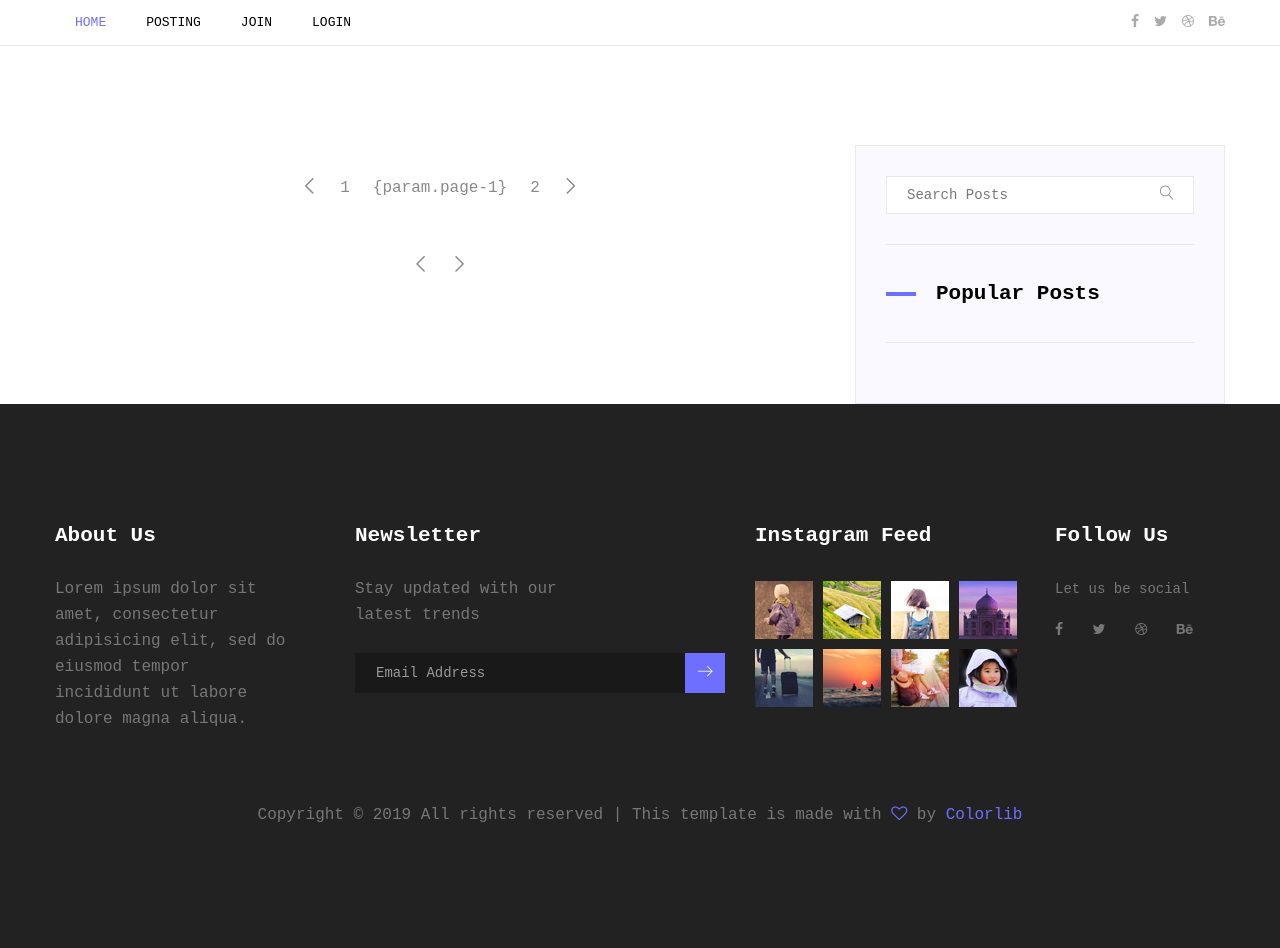
Repository: heonyKim/JSP
Page: http://localhost/blog/board?cmd=list&page=1
These files come from the project's save history. The page is drawn as it stood at one moment and after the next save; the edit follows.
The browser window is 1280 px wide. The pictures show the whole page.
Some web fonts or font styles are not loaded; a fallback is used. The page is served by Tomcat 9. Other server files are loaded and not shown. Queries for data that is not in the repository find no rows.

Above is the page before, as saved 2019-11-01 00:22:28.

### blog_project/blog/WebContent/board/list.jsp
<%@ page language="java" contentType="text/html; charset=UTF-8" pageEncoding="UTF-8"%>
<%@ taglib prefix="c" uri="http://java.sun.com/jsp/jstl/core"%>


<!-- import nav.jsp -->
<%@ include file="/include/nav.jsp"%>

<!--================Blog Area =================-->
<section class="blog_area">
	<div class="container">
		<div class="row">
			<div class="col-lg-8">
				<div class="blog_left_sidebar">


					<!-- 페이징 하기 -->
					<nav class="blog-pagination justify-content-center d-flex">
						<ul class="pagination">
							<li class="page-item"><a href="/blog/board?cmd=list&page=${param.page-1}" class="page-link" aria-label="Previous"> <span aria-hidden="true"> <span class="lnr lnr-chevron-left"></span>
								</span>
							</a></li>

						<li class="page-item"><a href="#" class="page-link">${param.page}</a></li>
						<li class="page-item"><a href="#" class="page-link active">{param.page-1}</a></li>
						<li class="page-item"><a href="#" class="page-link">${param.page+1}</a></li>



							<li class="page-item"><a href="/blog/board?cmd=list&page=${param.page+1}" class="page-link" aria-label="Next"> <span aria-hidden="true"> <span class="lnr lnr-chevron-right"></span>
								</span>
							</a></li>
						</ul>
					</nav>
					<!-- 페이징 끝 -->

					<c:forEach var="board" items="${boards}">
						<!--시작-->
						<article class="blog_style1">
							<div class="blog_img">
								<img class="img-fluid" style="width: 100%; max-height: 340px;" src="${board.previewImg}" alt="">
							</div>
							<div class="blog_text">
								<div class="blog_text_inner">
									<div class="cat">
										<a class="cat_btn" href="#">${board.username }</a> <a href="#"><i class="fa fa-calendar" aria-hidden="true"></i> ${board.createDate }</a> <a href="#"><i class="fa fa-comments-o"
											aria-hidden="true"></i> ${board.readCount }</a>
									</div>
									<a href="#"><h4>${board.title}</h4></a>
									<div class="board_list_content">${board.content }</div>
									<a class="blog_btn" href="/blog/board?cmd=detail&id=${board.id}">Read More</a>
								</div>
							</div>
						</article>
						<!--끄읕 -->
					</c:forEach>


					<!-- 페이징 하기 -->
					<nav class="blog-pagination justify-content-center d-flex">
						<ul class="pagination">
							<li class="page-item"><a href="/blog/board?cmd=list&page=${param.page-1}" class="page-link" aria-label="Previous"> <span aria-hidden="true"> <span class="lnr lnr-chevron-left"></span>
								</span>
							</a></li>

							<li class="page-item"><a href="/blog/board?cmd=list&page=${param.page+1}" class="page-link" aria-label="Next"> <span aria-hidden="true"> <span class="lnr lnr-chevron-right"></span>
								</span>
							</a></li>
						</ul>
					</nav>
					<!-- 페이징 끝 -->

				</div>
			</div>
			<div class="col-lg-4">
				<div class="blog_right_sidebar">
					<aside class="single_sidebar_widget search_widget">
						<div class="input-group">
							<input type="text" class="form-control" placeholder="Search Posts"> <span class="input-group-btn">
								<button class="btn btn-default" type="button">
									<i class="lnr lnr-magnifier"></i>
								</button>
							</span>
						</div>
						<!-- /input-group -->
						<div class="br"></div>
					</aside>

					<aside class="single_sidebar_widget popular_post_widget">
						<h3 class="widget_title">Popular Posts</h3>


						<!-- 인기게시물 TOP3 -->
						<c:forEach var="board" items="${hotBoards}">

							<div class="media post_item">
								<img src="${board.previewImg}" width="100px" height="60px" alt="post">
								<div class="media-body">
									<a href="/blog/board?cmd=detail&id=${board.id}"><h3>${board.title }</h3></a>
									<p>${board.createDate}</p>
								</div>
							</div>

						</c:forEach>
						<!-- 인기게시물 TOP3 -->


						<div class="br"></div>
					</aside>
				</div>
			</div>
		</div>
	</div>
</section>


<!--================Blog Area =================-->

<!-- import footer.jsp -->
<%@ include file="/include/footer.jsp"%>

### blog_project/blog/WebContent/include/nav.jsp
<%@ page language="java" contentType="text/html; charset=UTF-8" pageEncoding="UTF-8"%>
<%@ taglib prefix="c" uri="http://java.sun.com/jsp/jstl/core"%>
<!doctype html>
<html lang="en">
<head>
<!-- Required meta tags -->
<meta charset="utf-8">
<meta name="viewport" content="width=device-width, initial-scale=1, shrink-to-fit=no">
<link rel="icon" href="/blog/img/favicon.png" type="image/png">
<title>Blog</title>
<!-- Bootstrap CSS -->
<link rel="stylesheet" href="/blog/css/bootstrap.css">
<link rel="stylesheet" href="/blog/vendors/linericon/style.css">
<link rel="stylesheet" href="/blog/css/font-awesome.min.css">
<link rel="stylesheet" href="/blog/vendors/owl-carousel/owl.carousel.min.css">
<link rel="stylesheet" href="/blog/vendors/lightbox/simpleLightbox.css">
<link rel="stylesheet" href="/blog/vendors/nice-select/css/nice-select.css">
<link rel="stylesheet" href="/blog/vendors/animate-css/animate.css">
<link rel="stylesheet" href="/blog/vendors/jquery-ui/jquery-ui.css">
<!-- main css -->
<link rel="stylesheet" href="/blog/css/style.css">
<link rel="stylesheet" href="/blog/css/responsive.css">
<style>
.board_list_content {
	display:block;
	display: -webkit-box;
	-webkit-box-orient: vertical;
	text-align: left;
	overflow: hidden;
	text-overflow: ellipsis;
	white-space: normal;
	line-height: 1.4;
	height : 2.6em;
	-webkit-line-clamp: 2;
	margin-bottom: 20px;
	word-break: break-all;
}
</style>
</head>
<body>

	<!--================Header Menu Area =================-->
	<header class="header_area">
		<div class="main_menu">
			<nav class="navbar navbar-expand-lg navbar-light">
				<div class="container box_1620">
					<!-- Brand and toggle get grouped for better mobile display -->
					<a class="navbar-brand logo_h" href="/blog/index.jsp"><img src="/blog/img/logo.png" alt=""></a>
					<button class="navbar-toggler" type="button" data-toggle="collapse" data-target="#navbarSupportedContent" aria-controls="navbarSupportedContent" aria-expanded="false"
						aria-label="Toggle navigation">
						<span class="icon-bar"></span> <span class="icon-bar"></span> <span class="icon-bar"></span>
					</button>
					<!-- Collect the nav links, forms, and other content for toggling -->
					<div class="collapse navbar-collapse offset" id="navbarSupportedContent">
						<ul class="nav navbar-nav menu_nav">
							<li class="nav-item active"><a class="nav-link" href="/blog/index.jsp">Home</a></li>
							<li class="nav-item"><a class="nav-link" href="/blog/board/write.jsp">Posting</a></li>




							<c:choose>
								<c:when test="${empty sessionScope.user}">
									<li class="nav-item"><a class="nav-link" href="/blog/user/join.jsp">Join</a></li>
									<li class="nav-item"><a class="nav-link" href="/blog/user/login.jsp">LOGIN</a></li>

								</c:when>
								<c:otherwise>
									<li class="nav-item"><a class="nav-link" href="/blog/user/update.jsp">PROFILE</a></li>
									<li class="nav-item"><a class="nav-link" href="/blog/user?cmd=logout">LOGOUT</a></li>
								</c:otherwise>
							</c:choose>



						</ul>
						<ul class="nav navbar-nav navbar-right header_social ml-auto">
							<li class="nav-item"><a href="#"><i class="fa fa-facebook"></i></a></li>
							<li class="nav-item"><a href="#"><i class="fa fa-twitter"></i></a></li>
							<li class="nav-item"><a href="#"><i class="fa fa-dribbble"></i></a></li>
							<li class="nav-item"><a href="#"><i class="fa fa-behance"></i></a></li>
						</ul>
					</div>
				</div>
			</nav>
		</div>

	</header>
	<!--================Header Menu Area =================-->

### blog_project/blog/WebContent/include/footer.jsp
<%@ page language="java" contentType="text/html; charset=UTF-8" pageEncoding="UTF-8"%>
<!DOCTYPE html>
<html>
<head>
<meta charset="UTF-8">
<title>Insert title here</title>
</head>
<body>
	<!--================ start footer Area  =================-->
	<footer class="footer-area p_120">
		<div class="container">
			<div class="row">
				<div class="col-lg-3  col-md-6 col-sm-6">
					<div class="single-footer-widget">
						<h6 class="footer_title">About Us</h6>
						<p>Lorem ipsum dolor sit amet, consectetur adipisicing elit, sed do eiusmod tempor incididunt ut labore dolore magna aliqua.</p>
					</div>
				</div>
				<div class="col-lg-4 col-md-6 col-sm-6">
					<div class="single-footer-widget">
						<h6 class="footer_title">Newsletter</h6>
						<p>Stay updated with our latest trends</p>
						<div id="mc_embed_signup">
							<form target="_blank" action="https://spondonit.us12.list-manage.com/subscribe/post?u=1462626880ade1ac87bd9c93a&amp;id=92a4423d01" method="get" class="subscribe_form relative">
								<div class="input-group d-flex flex-row">
									<input name="EMAIL" placeholder="Email Address" onfocus="this.placeholder = ''" onblur="this.placeholder = 'Email Address '" required="" type="email">
									<button class="btn sub-btn">
										<span class="lnr lnr-arrow-right"></span>
									</button>
								</div>
								<div class="mt-10 info"></div>
							</form>
						</div>
					</div>
				</div>
				<div class="col-lg-3 col-md-6 col-sm-6">
					<div class="single-footer-widget instafeed">
						<h6 class="footer_title">Instagram Feed</h6>
						<ul class="list instafeed d-flex flex-wrap">
							<li><img src="/blog/img/instagram/Image-01.jpg" alt=""></li>
							<li><img src="/blog/img/instagram/Image-02.jpg" alt=""></li>
							<li><img src="/blog/img/instagram/Image-03.jpg" alt=""></li>
							<li><img src="/blog/img/instagram/Image-04.jpg" alt=""></li>
							<li><img src="/blog/img/instagram/Image-05.jpg" alt=""></li>
							<li><img src="/blog/img/instagram/Image-06.jpg" alt=""></li>
							<li><img src="/blog/img/instagram/Image-07.jpg" alt=""></li>
							<li><img src="/blog/img/instagram/Image-08.jpg" alt=""></li>
						</ul>
					</div>
				</div>
				<div class="col-lg-2 col-md-6 col-sm-6">
					<div class="single-footer-widget f_social_wd">
						<h6 class="footer_title">Follow Us</h6>
						<p>Let us be social</p>
						<div class="f_social">
							<a href="#"><i class="fa fa-facebook"></i></a> <a href="#"><i class="fa fa-twitter"></i></a> <a href="#"><i class="fa fa-dribbble"></i></a> <a href="#"><i class="fa fa-behance"></i></a>
						</div>
					</div>
				</div>
			</div>
			<div class="row footer-bottom d-flex justify-content-between align-items-center">
				<p class="col-lg-12 footer-text text-center">
					<!-- Link back to Colorlib can't be removed. Template is licensed under CC BY 3.0. -->
					Copyright &copy;
					<script>
						document.write(new Date().getFullYear());
					</script>
					All rights reserved | This template is made with <i class="fa fa-heart-o" aria-hidden="true"></i> by <a href="https://colorlib.com" target="_blank">Colorlib</a>
					<!-- Link back to Colorlib can't be removed. Template is licensed under CC BY 3.0. -->
				</p>
			</div>
		</div>
	</footer>
	<!--================ End footer Area  =================-->




	<!-- Optional JavaScript -->
	<!-- jQuery first, then Popper.js, then Bootstrap JS -->
	<script src="/blog/js/jquery-3.2.1.min.js"></script>
	<script src="/blog/js/popper.js"></script>
	<script src="/blog/js/bootstrap.min.js"></script>
	<script src="/blog/js/stellar.js"></script>
	<script src="/blog/vendors/lightbox/simpleLightbox.min.js"></script>
	<script src="/blog/vendors/nice-select/js/jquery.nice-select.min.js"></script>
	<script src="/blog/vendors/isotope/imagesloaded.pkgd.min.js"></script>
	<script src="/blog/vendors/isotope/isotope-min.js"></script>
	<script src="/blog/vendors/owl-carousel/owl.carousel.min.js"></script>
	<script src="/blog/vendors/jquery-ui/jquery-ui.js"></script>
	<script src="/blog/js/jquery.ajaxchimp.min.js"></script>
	<script src="/blog/js/mail-script.js"></script>
	<script src="/blog/js/theme.js"></script>
	<script src=""></script>
	<script src=""></script>
</body>
</html>

### blog_project/blog/src/com/cos/controller/BoardController.java
package com.cos.controller;

import java.io.IOException;

import javax.servlet.ServletException;
import javax.servlet.annotation.WebServlet;
import javax.servlet.http.HttpServlet;
import javax.servlet.http.HttpServletRequest;
import javax.servlet.http.HttpServletResponse;

import com.cos.action.Action;
import com.cos.action.board.BoardFactory;
import com.cos.action.user.UserFactory;

/*
 *  http://localhost:8000/blog/board?cmd=list
 */

@WebServlet("/board")
public class BoardController extends HttpServlet {
	private static final long serialVersionUID = 1L;

    public BoardController() { super();}

	protected void doGet(HttpServletRequest request, HttpServletResponse response) throws ServletException, IOException {
		//1. 들어오는 모든 문자를 UTF-8로 인코딩
		request.setCharacterEncoding("UTF-8");
		//2. command 처리
		String cmd = request.getParameter("cmd");
		//3. command 검증
		if(cmd == null || cmd.equals("")) {
			cmd = "list";
		}
		//4. Factory 연결
		Action action = BoardFactory.getAction(cmd);
		//5. execute 실행
		if(action != null) {
			action.execute(request, response);
		}
	}


	protected void doPost(HttpServletRequest request, HttpServletResponse response) throws ServletException, IOException {
		doGet(request, response);
	}
}

### blog_project/blog/src/com/cos/action/board/BoardFactory.java
package com.cos.action.board;

import com.cos.action.Action;
import com.cos.action.BoardWriteAction;

public class BoardFactory {
	public static Action getAction(String cmd) {

		if(cmd.equals("write")){
			return new BoardWriteAction();
		}else if(cmd.equals("list")){
			return new BoardListAction();
		}else if(cmd.equals("detail")) {
			return new BoardDetailAction();
		}else if(cmd.equals("delete")) {
			return new BoardDeleteAction();
		}else if(cmd.equals("updateForm")) {
			return new BoardUpdateFormAction();
		}else if(cmd.equals("updateBoard")) {
			return new BoardUpdateBoard();
		}

		return null;
	}
}

### blog_project/blog/src/com/cos/action/Action.java
package com.cos.action;

import java.io.IOException;
import javax.servlet.ServletException;
import javax.servlet.http.HttpServletRequest;
import javax.servlet.http.HttpServletResponse;

public interface Action {
	public void execute(HttpServletRequest request, HttpServletResponse response) throws ServletException, IOException;
}

### blog_project/blog/src/com/cos/action/board/BoardListAction.java
package com.cos.action.board;

import java.io.IOException;
import java.util.ArrayList;
import java.util.List;

import javax.servlet.RequestDispatcher;
import javax.servlet.ServletException;
import javax.servlet.http.HttpServletRequest;
import javax.servlet.http.HttpServletResponse;

import com.cos.action.Action;
import com.cos.dao.BoardDao;
import com.cos.model.Board;
import com.cos.util.Utils;

public class BoardListAction implements Action{

	private final static String TAG="BoardListAction : ";

	@Override
	public void execute(HttpServletRequest request, HttpServletResponse response) throws ServletException, IOException {

		if(request.getParameter("page")==null) return;

		int page = Integer.parseInt(request.getParameter("page"));


		//page<=0 혹은 page>maxNum 버튼 비활성화

		if(page <=0) {
			page = 1;
		}

		BoardDao bDao = new BoardDao();
		List<Board> boards = bDao.findAll(page);
		List<Board> hotBoards = bDao.findOrderByReadCountDesc();

		Utils.setPreviewImg(boards);		//이미지를 previewImg에 저장
		Utils.setPreviewContent(boards);	//이미지 태그 제거
		Utils.setPreviewImg(hotBoards);		//이미지를 prviewImg에 저장(추가)

		request.setAttribute("boards", boards);
		request.setAttribute("hotBoards", hotBoards);

		RequestDispatcher dis =request.getRequestDispatcher("/board/list.jsp");
		dis.forward(request, response);
	}

}

### blog_project/blog/src/com/cos/dao/DBConn.java
package com.cos.dao;

import java.sql.Connection;

import javax.naming.Context;
import javax.naming.InitialContext;
import javax.sql.DataSource;

public class DBConn {
	public static Connection getConnection() {


		try {
			Context initContext = new InitialContext();
			Context envContext  = (Context)initContext.lookup("java:/comp/env");
			DataSource ds = (DataSource)envContext.lookup("jdbc/TestDB");
			Connection conn = ds.getConnection();
			System.out.println("DB 연결성공");
			return conn;
		} catch (Exception e) {
			System.out.println("DB 연결실패");
			e.printStackTrace();
		}
		return null;

	}
}

### blog_project/blog/src/com/cos/util/DBClose.java
package com.cos.util;

import java.sql.Connection;
import java.sql.PreparedStatement;
import java.sql.ResultSet;
import java.sql.SQLException;

public class DBClose {

	/*
	 * DML(INSERT,UPDATE,DELETE) CLOSE
	 */
	public static void close(Connection conn, PreparedStatement pstmt) {
		try {
			conn.close();
			pstmt.close();
		} catch (SQLException e) {
			e.printStackTrace();
		}
	}



	/*
	 * DQL(SELECT) CLOSE
	 */
	public static void close(Connection conn, PreparedStatement pstmt, ResultSet rs) {
		try {
			conn.close();
			pstmt.close();
			rs.close();
		} catch (SQLException e) {
			e.printStackTrace();
		}
	}



}

### blog_project/blog/src/com/cos/util/Utils.java
package com.cos.util;

import java.util.List;

import org.jsoup.Jsoup;
import org.jsoup.nodes.Document;
import org.jsoup.nodes.Element;
import org.jsoup.select.Elements;
import org.junit.jupiter.api.Test;

import com.cos.model.Board;

public class Utils {

	// 미리보기 내용을 세팅하기
	public static void setPreviewContent(List<Board> boards) {

		for (Board board : boards) {

			Document doc = Jsoup.parse(board.getContent()); // 원하는 String을 HTML 형식으로 문서화
			Elements ets = doc.select("img");

			if (ets != null) {
				for (Element et : ets) {
					et.remove();
				}
			}
			board.setContent(doc.toString());
		}

	}

	// 미리보기 이미지 세팅하기

	public static void setPreviewImg(List<Board> boards) {

		for (Board board : boards) {

			Document doc = Jsoup.parse(board.getContent());

			Element uet = doc.selectFirst("a");
			Element et = doc.selectFirst("img");

			if (et != null) {

				String previewImg = et.attr("src"); // https://~

				board.setPreviewImg(previewImg);

			} else if (uet != null) {
				String href = uet.attr("href");
				if (href.contains("https://www.youtube.com/watch")) {
					String video[] = href.split("=");
					String v = video[1];
					String youtubeThumbnail = "https://img.youtube.com/vi/" + v + "/hqdefault.jpg";
					board.setPreviewImg(youtubeThumbnail);
				}

			} else {
				board.setPreviewImg("/blog/img/home-blog/blog-1.jpg");
			}
		}

	}

	// 유튜브 미리보기화면 세팅하기
	public static void setPreviewYoutube(Board board) {

		Document doc = Jsoup.parse(board.getContent());
//		System.out.println(doc);
		Elements ets = doc.select("a");

		if (ets != null) {
			for (Element et : ets) {
				String href = et.attr("href");
//				System.out.println("href : " + href);
				if (href.contains("https://www.youtube.com/watch") && !et.text().equals("")) {
					String video[] = href.split("=");
					String v = video[1];
//					System.out.println(v);

					String iframe = "<br><iframe src = 'https://www.youtube.com/embed/" + v + "' "
							+ "width='600px' height='350px' allowfullscreen>";
//					System.out.println(iframe);

					et.after(iframe);
//					System.out.println(et.after(doc));

				}
				board.setContent(doc.toString());// board 완성
			}
		} // end of if

	}// end of function

	@Test
	public void previewYoutubeTest() {

		String content = "<a href = 'https://www.youtube.com/watch?v=ysAnT3QBLZE'>https://www.youtube.com/watch?v=ysAnT3QBLZE</a>";
		Document doc = Jsoup.parse(content);
//		System.out.println(doc);
		Elements ets = doc.select("a");

		if (ets != null) {
			for (Element et : ets) {
				String href = et.attr("href");

				System.out.println(et.text());

//				System.out.println("href : " + href);
				if (href.contains("https://" + "www.youtube.com/watch")) {
					String video[] = href.split("=");
					String v = video[1];
//					System.out.println(v);
					String iframe = "<br><iframe src = 'https://www.youtube.com/embed/" + v + "' "
							+ "width='600px' height='350px' allowfullscreen>";
//					System.out.println(iframe);
					et.after(iframe);
					System.out.println("");
					System.out.println(doc.toString());
				}

			}
		} // end of if

	}// end of function

}

Loaded but not shown: blog_project/blog/WebContent/css/bootstrap.css (library); blog_project/blog/WebContent/vendors/linericon/style.css (library); blog_project/blog/WebContent/css/font-awesome.min.css (library); blog_project/blog/WebContent/vendors/owl-carousel/owl.carousel.min.css (common file); blog_project/blog/WebContent/vendors/lightbox/simpleLightbox.css (library); blog_project/blog/WebContent/vendors/nice-select/css/nice-select.css (library); blog_project/blog/WebContent/vendors/animate-css/animate.css (library); blog_project/blog/WebContent/vendors/jquery-ui/jquery-ui.css (library); blog_project/blog/WebContent/js/jquery-3.2.1.min.js (library); blog_project/blog/WebContent/js/popper.js (library); blog_project/blog/WebContent/js/bootstrap.min.js (library); blog_project/blog/WebContent/js/stellar.js (library); blog_project/blog/WebContent/vendors/lightbox/simpleLightbox.min.js (library); blog_project/blog/WebContent/vendors/nice-select/js/jquery.nice-select.min.js (common file); blog_project/blog/WebContent/vendors/isotope/imagesloaded.pkgd.min.js (library); blog_project/blog/WebContent/vendors/isotope/isotope-min.js (library); blog_project/blog/WebContent/vendors/owl-carousel/owl.carousel.min.js (library); blog_project/blog/WebContent/vendors/jquery-ui/jquery-ui.js (library); blog_project/blog/WebContent/js/jquery.ajaxchimp.min.js (library); blog_project/blog/WebContent/js/theme.js (283 lines, source omitted); blog_project/blog/WebContent/js/mail-script.js (31 lines, source omitted); blog_project/blog/WebContent/css/style.css (3905 lines, source omitted); blog_project/blog/WebContent/css/responsive.css (373 lines, source omitted); blog_project/blog/src/com/cos/dao/BoardDao.java (222 lines, source omitted)

After the next save:
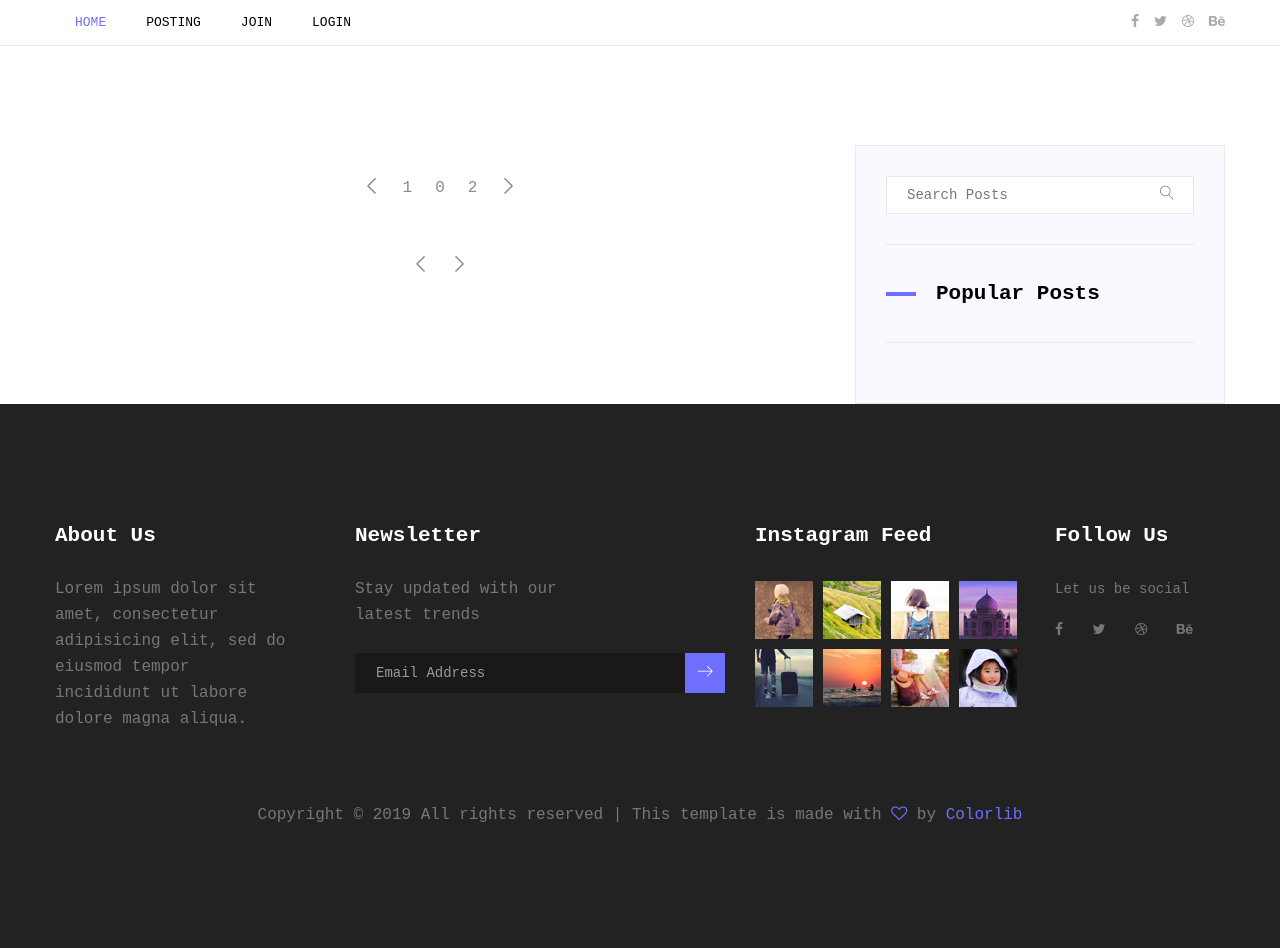
Saved 11 s later.
--- a/blog_project/blog/WebContent/board/list.jsp
+++ b/blog_project/blog/WebContent/board/list.jsp
@@ -21,7 +21,7 @@
 							</a></li>
 
 						<li class="page-item"><a href="#" class="page-link">${param.page}</a></li>
-						<li class="page-item"><a href="#" class="page-link active">{param.page-1}</a></li>
+						<li class="page-item"><a href="#" class="page-link active">${param.page-1}</a></li>
 						<li class="page-item"><a href="#" class="page-link">${param.page+1}</a></li>
 
 
